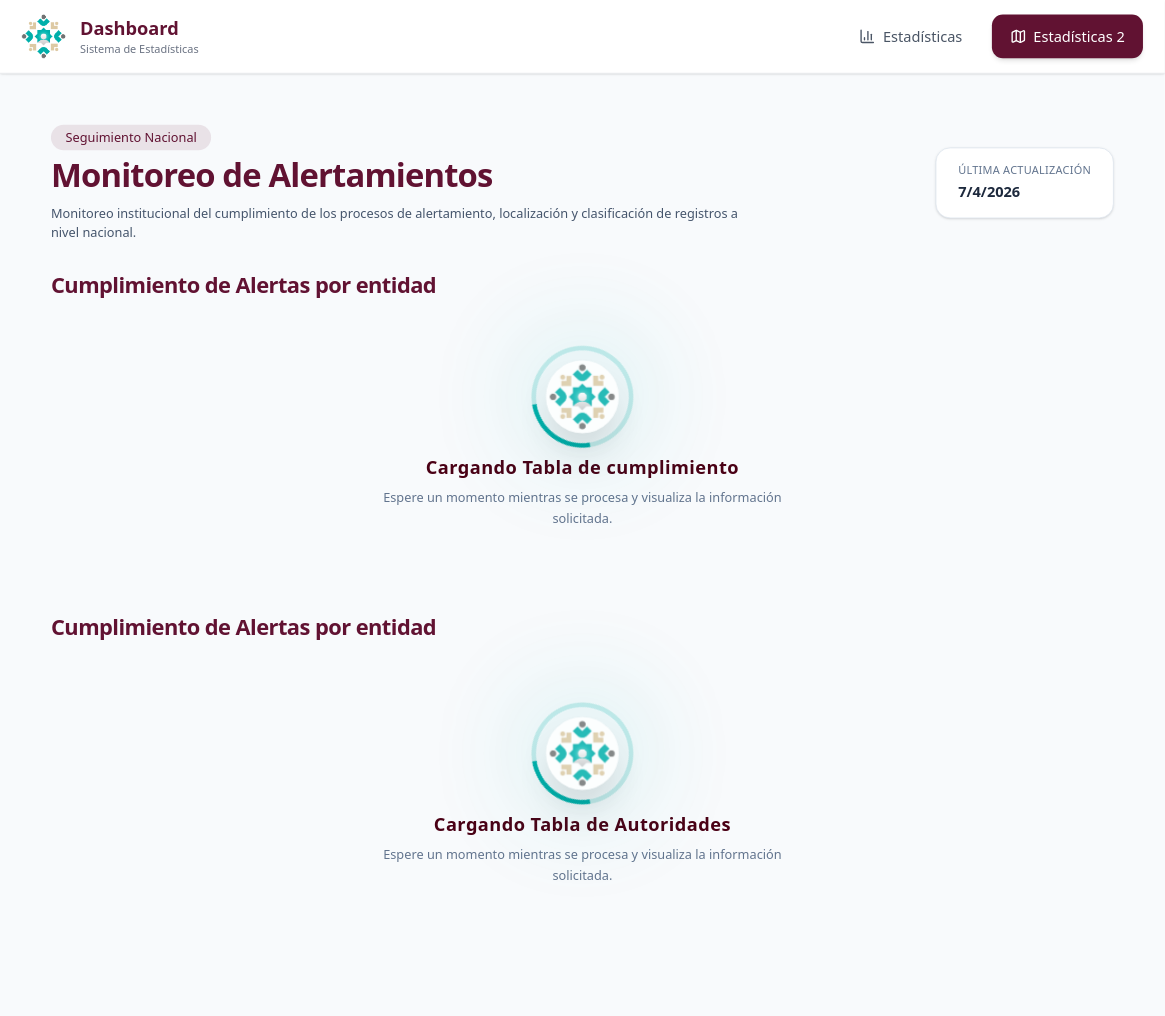
Repository: jesus890/semaforo-cinepolis
Page: /estadisticas-2
The author's editor kept a copy of each file at every save. The page is drawn from the files as they stood at one save, then again after the next save.
The browser window is 1280 px wide. The pictures show the whole page, at 91% of full size.
The page's requests for data from a server got no answer. The project was rebuilt for these pictures with package versions that can differ from the ones it lists, and the page was loaded fresh each time. No one was signed in, and anything a server would have sent is missing. Also part of the build but not shown: vite.config.ts, src/components/Dashboard/Skeleton/SkeletonChart.tsx, src/components/Dashboard/matriz/AlertaMatriz.tsx, src/constants/colors.ts, src/components/Dashboard/charts/EdadChart.tsx, src/components/Dashboard/charts/EnfoqueChart.tsx, src/components/Dashboard/charts/SexoChart.tsx, src/pages/EstadisticaPage.tsx and 2 more.

Above is the page before, as saved 2026-06-05 16:23:38.

After the next save:
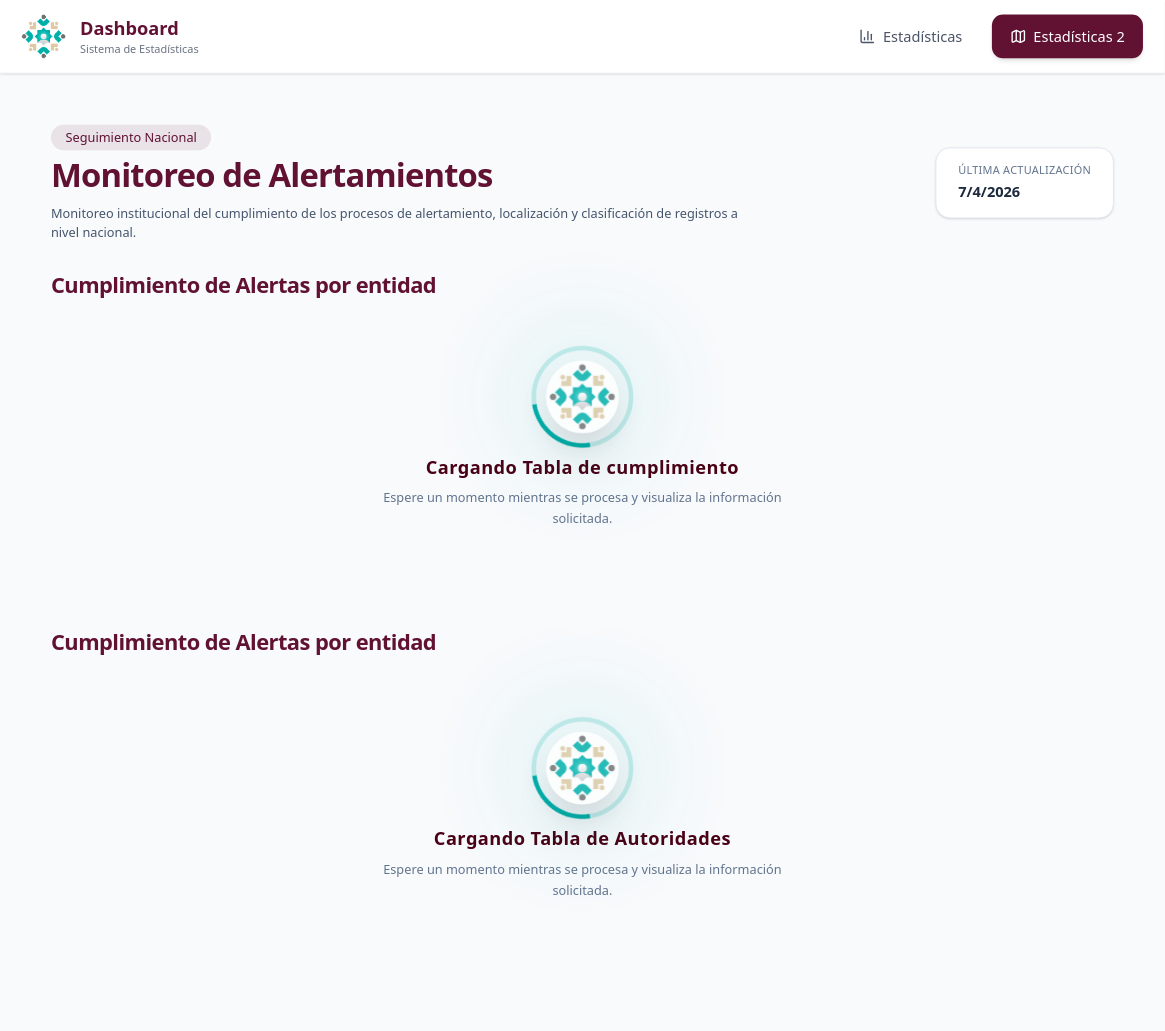
Saved 16 s later.
--- a/src/pages/EstadisticasDosPage.tsx
+++ b/src/pages/EstadisticasDosPage.tsx
@@ -99,7 +99,7 @@ export default function EstadisticasDosPage() {
 
                 </div>
 
-                <div className="my-5 space-y-6">
+                <div className="my-5 space-y-10">
                     <div>
                         <h1 className="text-2xl font-bold tracking-tight text-[#611232]">
                             Cumplimiento de Alertas por entidad
